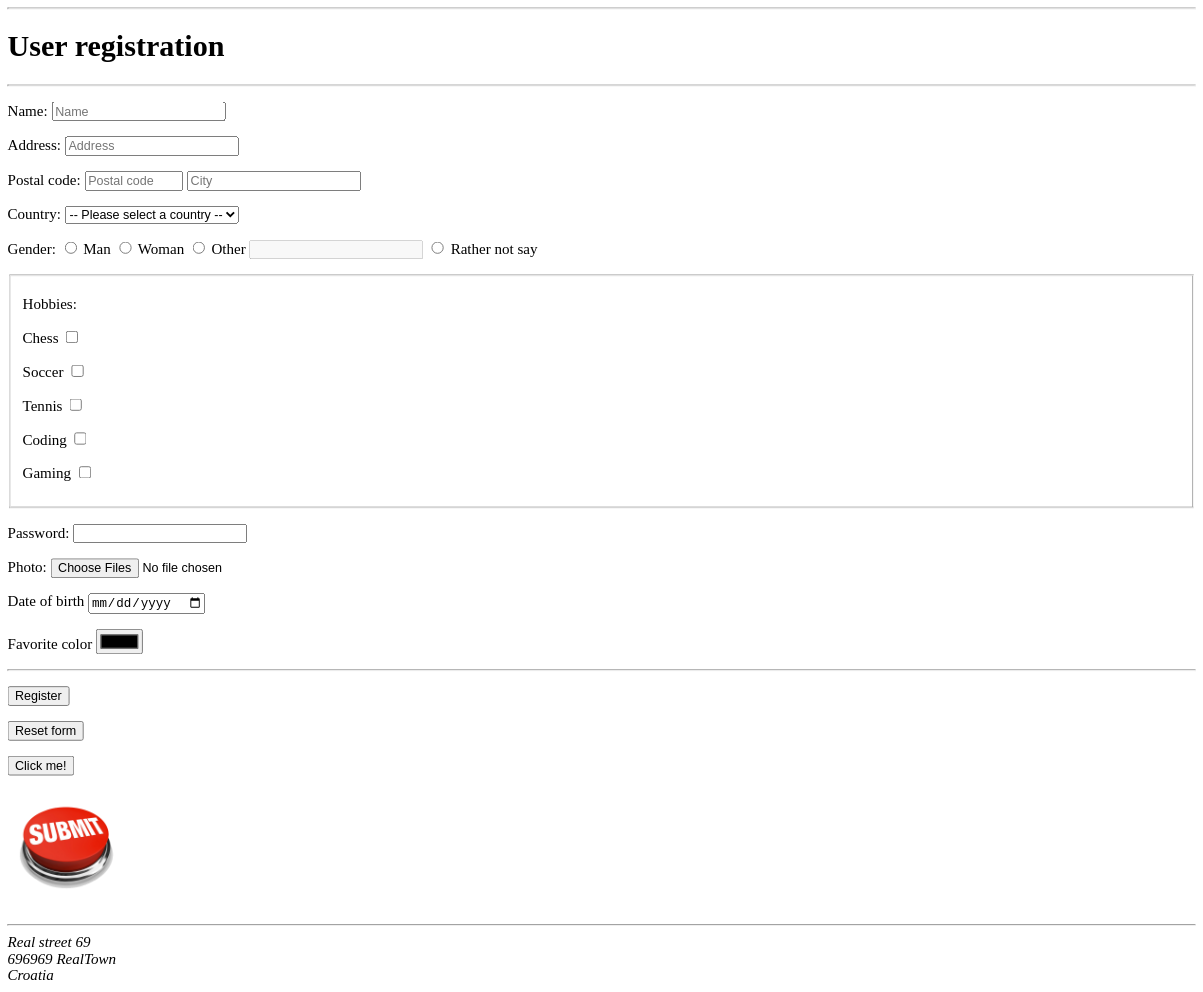
Repository: Filip-Husic/AW_frontend
Page: ex3Forms.html
An editor plug-in stored every save of this project. The page is shown before and after a run of saves, followed by the edit.
The browser window is 1280 px wide. The pictures show the whole page, at 94% of full size.

Above is the page before, as saved 2022-11-23 14:37:32.

After the next 3 saves:
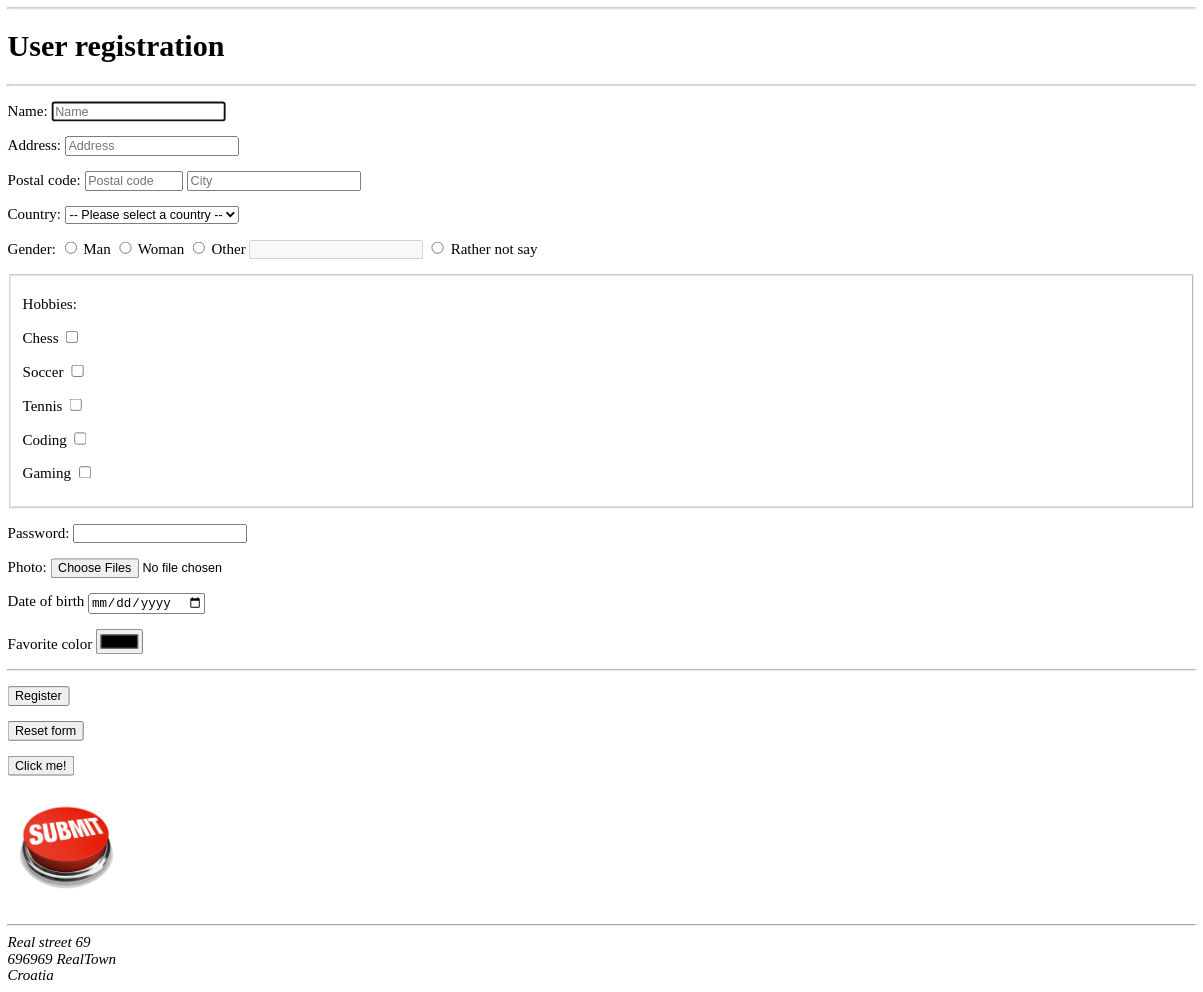
The 3 saves are shown as one change because they came seconds apart.
The last was saved 50 s later.
--- a/ex3Forms.html
+++ b/ex3Forms.html
@@ -15,7 +15,7 @@
     <form id="formRegister" action="process.php" enctype="multipart/form-data">
         <p>
             <label for="name">Name:</label>
-            <input type="text" id="name" name="name" maxlength="80" placeholder="Name" required>
+            <input type="text" id="name" name="name" maxlength="80" placeholder="Name" required autofocus>
         </p>
         <p>
             <label for="address">Address:</label>
